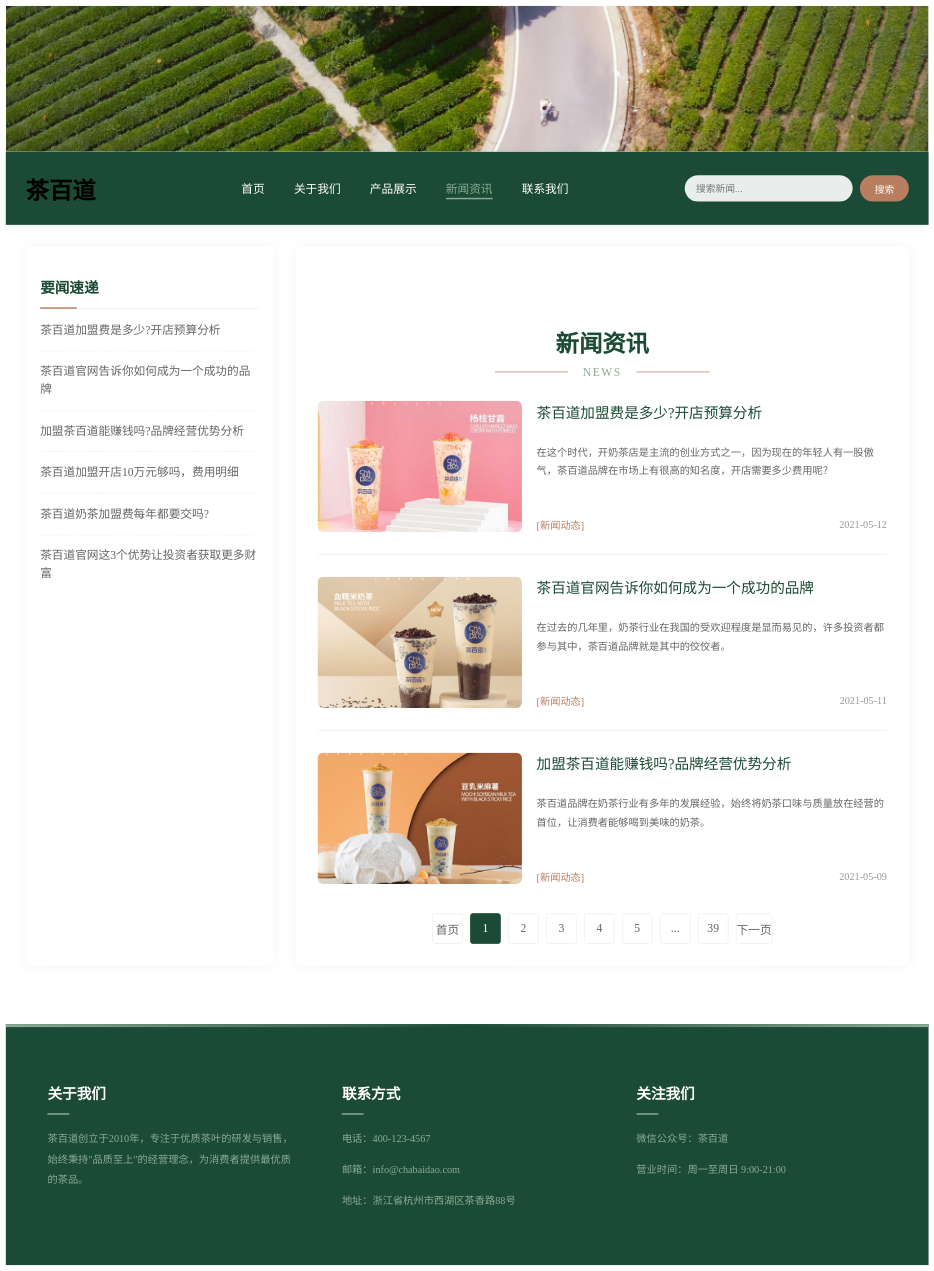
Repository: huang-heavenly-Emperor/chabaidao
Page: news.html
These files come from the project's save history. The page is drawn as it stood at one moment and after the next save; the edit follows.
The browser window is 1280 px wide. The pictures show the whole page, at 73% of full size.

Above is the page before, as saved 2024-12-13 17:27:11.

### news.html
<!DOCTYPE html>
<html lang="zh-CN">
<head>
    <meta charset="UTF-8">
    <meta name="viewport" content="width=device-width, initial-scale=1.0">
    <title>新闻资讯 - 茶百道</title>
    <link rel="stylesheet" href="./css/common.css">
    <link rel="stylesheet" href="./css/pages/news.css">
</head>
<body>
    <!-- 头部 -->
    <header class="header">
        <div class="top-banner">
            <img src="./images/common/header-bg.webp" alt="新闻资讯">
        </div>
        <div class="nav">
            <div class="nav-content">
                <div class="logo">
                    <h1>茶百道</h1>
                </div>
                <ul class="nav-list">
                    <li><a href="./index.html">首页</a></li>
                    <li><a href="./about.html">关于我们</a></li>
                    <li><a href="./products.html">产品展示</a></li>
                    <li><a href="./news.html" class="active">新闻资讯</a></li>
                    <li><a href="./contact.html">联系我们</a></li>
                </ul>
                <div class="search">
                    <input type="text" placeholder="搜索新闻...">
                    <button>搜索</button>
                </div>
            </div>
        </div>
    </header>

    <!-- 主要内容 -->
    <div class="main">
        <!-- 左侧边栏 -->
        <div class="news-sidebar">
            <h3 class="sidebar-title">要闻速递</h3>
            <ul class="news-quick-list">
                <li><a href="#">茶百道加盟费是多少?开店预算分析</a></li>
                <li><a href="#">茶百道官网告诉你如何成为一个成功的品牌</a></li>
                <li><a href="#">加盟茶百道能赚钱吗?品牌经营优势分析</a></li>
                <li><a href="#">茶百道加盟开店10万元够吗，费用明细</a></li>
                <li><a href="#">茶百道奶茶加盟费每年都要交吗?</a></li>
                <li><a href="#">茶百道官网这3个优势让投资者获取更多财富</a></li>
            </ul>
        </div>

        <!-- 右侧新闻列表 -->
        <div class="news-content">
            <div class="section-title">
                <h2>新闻资讯</h2>
                <div class="en-title">NEWS</div>
            </div>
            <div class="news-list">
                <!-- 新闻项 -->
                <div class="news-item">
                    <div class="news-image">
                        <img src="./images/news/news1.jpg" alt="茶百道加盟费">
                    </div>
                    <div class="news-info">
                        <a href="#" class="news-title">茶百道加盟费是多少?开店预算分析</a>
                        <p class="news-desc">在这个时代，开奶茶店是主流的创业方式之一，因为现在的年轻人有一股傲气，茶百道品牌在市场上有很高的知名度，开店需要多少费用呢？</p>
                        <div class="news-meta">
                            <span class="news-category">[新闻动态]</span>
                            <span class="news-date">2021-05-12</span>
                        </div>
                    </div>
                </div>

                <div class="news-item">
                    <div class="news-image">
                        <img src="./images/news/news2.jpg" alt="茶百道官网">
                    </div>
                    <div class="news-info">
                        <a href="#" class="news-title">茶百道官网告诉你如何成为一个成功的品牌</a>
                        <p class="news-desc">在过去的几年里，奶茶行业在我国的受欢迎程度是显而易见的，许多投资者都参与其中，茶百道品牌就是其中的佼佼者。</p>
                        <div class="news-meta">
                            <span class="news-category">[新闻动态]</span>
                            <span class="news-date">2021-05-11</span>
                        </div>
                    </div>
                </div>

                <div class="news-item">
                    <div class="news-image">
                        <img src="./images/news/news3.jpg" alt="加盟茶百道">
                    </div>
                    <div class="news-info">
                        <a href="#" class="news-title">加盟茶百道能赚钱吗?品牌经营优势分析</a>
                        <p class="news-desc">茶百道品牌在奶茶行业有多年的发展经验，始终将奶茶口味与质量放在经营的首位，让消费者能够喝到美味的奶茶。</p>
                        <div class="news-meta">
                            <span class="news-category">[新闻动态]</span>
                            <span class="news-date">2021-05-09</span>
                        </div>
                    </div>
                </div>
            </div>

            <!-- 分页 -->
            <div class="pagination">
                <a href="#" class="page-btn" data-page="1">首页</a>
                <span class="active" data-page="1">1</span>
                <a href="#" class="page-btn" data-page="2">2</a>
                <a href="#" class="page-btn" data-page="3">3</a>
                <a href="#" class="page-btn" data-page="4">4</a>
                <a href="#" class="page-btn" data-page="5">5</a>
                <span>...</span>
                <a href="#" class="page-btn" data-page="39">39</a>
                <a href="#" class="page-btn next" data-page="2">下一页</a>
            </div>
        </div>
    </div>

    <!-- 底部 -->
    <footer class="footer">
        <div class="footer-content">
            <div class="footer-section">
                <h3>关于我们</h3>
                <p>茶百道创立于2010年，专注于优质茶叶的研发与销售，始终秉持"品质至上"的经营理念，为消费者提供最优质的茶品。</p>
            </div>
            <div class="footer-section">
                <h3>联系方式</h3>
                <p>电话：400-123-4567</p>
                <p>邮箱：info@chabaidao.com</p>
                <p>地址：浙江省杭州市西湖区茶香路88号</p>
            </div>
            <div class="footer-section">
                <h3>关注我们</h3>
                <p>微信公众号：茶百道</p>
                <p>营业时间：周一至周日 9:00-21:00</p>
            </div>
        </div>
        <div class="back-top">↑</div>
    </footer>

    <script>
        // 返回顶部按钮
        const backTop = document.querySelector('.back-top');
        window.addEventListener('scroll', () => {
            if (window.scrollY > 300) {
                backTop.classList.add('show');
            } else {
                backTop.classList.remove('show');
            }
        });

        backTop.addEventListener('click', () => {
            window.scrollTo({
                top: 0,
                behavior: 'smooth'
            });
        });

        // 分页功能
        const pagination = document.querySelector('.pagination');
        let currentPage = 1;

        pagination.addEventListener('click', (e) => {
            e.preventDefault(); // 阻止默认行为

            const target = e.target;
            if (!target.classList.contains('page-btn')) return;

            const page = parseInt(target.dataset.page);
            if (page === currentPage) return;

            // 更新激活状态
            const activeBtn = pagination.querySelector('.active');
            activeBtn.classList.remove('active');

            if (target.classList.contains('next')) {
                // 如果点击的是"下一页"
                const newActiveBtn = pagination.querySelector(`[data-page="${page}"]`);
                if (newActiveBtn && !newActiveBtn.classList.contains('next')) {
                    newActiveBtn.classList.add('active');
                }
                // 更新"下一页"按钮的data-page
                target.dataset.page = page + 1;
                if (page + 1 > 39) {
                    target.classList.add('disabled');
                }
            } else {
                // 普通页码按钮
                target.classList.add('active');
                // 更新"下一页"按钮的data-page
                const nextBtn = pagination.querySelector('.next');
                nextBtn.dataset.page = page + 1;
                nextBtn.classList.remove('disabled');
            }

            currentPage = page;

            // 这里可以添加加载新页面内容的逻辑
            console.log(`加载第 ${page} 页的内容`);

            // 滚动到页面顶部
            window.scrollTo({
                top: 0,
                behavior: 'smooth'
            });
        });
    </script>
</body>
</html>

### css/common.css
/* 头部样式 */
.header {
    width: 100%;
}

.top-banner {
    width: 100%;
    height: 200px;
    overflow: hidden;
}

.top-banner img {
    width: 100%;
    height: 100%;
    object-fit: cover;
}

.nav {
    width: 100%;
    height: 100px;
    background: #1B4B36;
    position: sticky;
    top: 0;
    z-index: 100;
    box-shadow: 0 2px 10px rgba(27, 75, 54, 0.1);
}

.nav-content {
    width: 1210px;
    margin: 0 auto;
    display: flex;
    justify-content: space-between;
    align-items: center;
    height: 100%;
}

.nav-list {
    display: flex;
    list-style: none;
}

.nav-list li a {
    color: #fff;
    text-decoration: none;
    padding: 0 20px;
    font-size: 16px;
    transition: all 0.3s;
    position: relative;
}

.nav-list li a:hover,
.nav-list li a.active {
    color: #8CAB96;
}

.nav-list li a:after {
    content: '';
    position: absolute;
    bottom: -5px;
    left: 50%;
    transform: translateX(-50%);
    width: 0;
    height: 2px;
    background: #8CAB96;
    transition: width 0.3s;
}

.nav-list li a:hover:after,
.nav-list li a.active:after {
    width: calc(100% - 40px);
}

.nav-list li a.active {
    font-weight: 500;
}

.search {
    display: flex;
    align-items: center;
}

.search input {
    width: 200px;
    height: 36px;
    padding: 0 15px;
    border: none;
    border-radius: 18px;
    outline: none;
    background: rgba(255, 255, 255, 0.9);
}

.search button {
    height: 36px;
    padding: 0 20px;
    margin-left: 10px;
    border: none;
    border-radius: 18px;
    background: #B87E5F;
    color: #fff;
    cursor: pointer;
    transition: background 0.3s;
}

.search button:hover {
    background: #9a6547;
}

/* 底部样式 */
.footer {
    background: #1B4B36;
    padding: 60px 0;
    margin-top: 50px;
    position: relative;
}

.footer:before {
    content: '';
    position: absolute;
    top: 0;
    left: 0;
    width: 100%;
    height: 4px;
    background: linear-gradient(90deg, #8CAB96, #1B4B36, #8CAB96);
}

.footer-content {
    width: 1210px;
    margin: 0 auto;
    display: flex;
    justify-content: space-between;
}

.footer-section {
    flex: 1;
    padding: 0 30px;
}

.footer-section h3 {
    color: #fff;
    font-size: 20px;
    margin-bottom: 20px;
    position: relative;
    padding-bottom: 15px;
}

.footer-section h3:after {
    content: '';
    position: absolute;
    bottom: 0;
    left: 0;
    width: 30px;
    height: 2px;
    background: #8CAB96;
    transition: width 0.3s;
}

.footer-section:hover h3:after {
    width: 50px;
}

.footer-section p {
    color: #8CAB96;
    line-height: 2;
    font-size: 14px;
}

/* 返回顶部按钮 */
.back-top {
    position: fixed;
    right: 40px;
    bottom: 40px;
    width: 50px;
    height: 50px;
    background: #1B4B36;
    color: #fff;
    text-align: center;
    line-height: 50px;
    border-radius: 50%;
    cursor: pointer;
    transition: all 0.3s;
    opacity: 0;
    visibility: hidden;
    z-index: 999;
    font-size: 20px;
    box-shadow: 0 2px 10px rgba(0,0,0,0.1);
}

.back-top:hover {
    background: #2C634C;
    transform: translateY(-5px);
}

.back-top.show {
    opacity: 1;
    visibility: visible;
}

### css/pages/news.css
/* 通用标题样式 */
.section-title {
  text-align: center;
  padding: 50px 0 30px;
  position: relative;
  display: flex;
  align-items: center;
  justify-content: center;
  flex-direction: column;
}

.section-title h2 {
  font-size: 32px;
  color: #1b4b36;
  margin-bottom: 10px;
  font-weight: bold;
}

.section-title .en-title {
  color: #8cab96;
  font-size: 16px;
  letter-spacing: 2px;
  text-transform: uppercase;
  position: relative;
  display: flex;
  align-items: center;
  padding: 0 20px;
}

.section-title .en-title:before,
.section-title .en-title:after {
  content: "";
  height: 1px;
  width: 100px;
  background: #b87e5f;
  margin: 0 20px;
}

/* 主要内容区域 */
.main {
  width: 1210px;
  margin: 0 auto;
  padding: 30px 0;
  display: flex;
  gap: 30px;
}

/* 左侧边栏 */
.news-sidebar {
  width: 300px;
  background: #fff;
  border-radius: 8px;
  padding: 20px;
  box-shadow: 0 0 20px rgba(0, 0, 0, 0.05);
}

.sidebar-title {
  font-size: 20px;
  color: #1b4b36;
  padding-bottom: 15px;
  margin-bottom: 15px;
  border-bottom: 1px solid #eee;
  position: relative;
}

.sidebar-title:after {
  content: "";
  position: absolute;
  left: 0;
  bottom: -1px;
  width: 50px;
  height: 2px;
  background: #b87e5f;
}

.news-quick-list {
  list-style: none;
  padding: 0;
}

.news-quick-list li {
  margin-bottom: 15px;
  padding-bottom: 15px;
  border-bottom: 1px dashed #eee;
}

.news-quick-list li:last-child {
  margin-bottom: 0;
  padding-bottom: 0;
  border-bottom: none;
}

.news-quick-list a {
  color: #666;
  text-decoration: none;
  line-height: 1.6;
  display: block;
  transition: color 0.3s;
}

.news-quick-list a:hover {
  color: #b87e5f;
}

/* 右侧新闻列表 */
.news-content {
  flex: 1;
  background: #fff;
  border-radius: 8px;
  padding: 30px;
  box-shadow: 0 0 20px rgba(0, 0, 0, 0.05);
}

.news-list {
  display: flex;
  flex-direction: column;
  gap: 30px;
}

.news-item {
  display: flex;
  gap: 20px;
  padding-bottom: 30px;
  border-bottom: 1px solid #eee;
}

.news-item:last-child {
  padding-bottom: 0;
  border-bottom: none;
}

.news-image {
  width: 280px;
  height: 180px;
  overflow: hidden;
  border-radius: 8px;
}

.news-image img {
  width: 100%;
  height: 100%;
  object-fit: cover;
  transition: transform 0.3s;
}

.news-item:hover .news-image img {
  transform: scale(1.05);
}

.news-info {
  flex: 1;
  display: flex;
  flex-direction: column;
}

.news-title {
  font-size: 20px;
  color: #1b4b36;
  margin-bottom: 15px;
  text-decoration: none;
  transition: color 0.3s;
}

.news-title:hover {
  color: #b87e5f;
}

.news-desc {
  font-size: 14px;
  color: #666;
  line-height: 1.8;
  margin-bottom: 20px;
  flex: 1;
}

.news-meta {
  display: flex;
  justify-content: space-between;
  align-items: center;
  color: #999;
  font-size: 14px;
}

.news-category {
  color: #b87e5f;
}

/* 分页 */
.pagination {
  margin-top: 40px;
  display: flex;
  justify-content: center;
  gap: 10px;
}

.pagination a,
.pagination span {
  min-width: 40px;
  height: 40px;
  display: flex;
  align-items: center;
  justify-content: center;
  background: #fff;
  border: 1px solid #eee;
  border-radius: 4px;
  color: #666;
  text-decoration: none;
  transition: all 0.3s;
}

.pagination a:hover,
.pagination .active {
  background: #1b4b36;
  color: #fff;
  border-color: #1b4b36;
}

.pagination .disabled {
  cursor: not-allowed;
  opacity: 0.5;
}

After the next save:
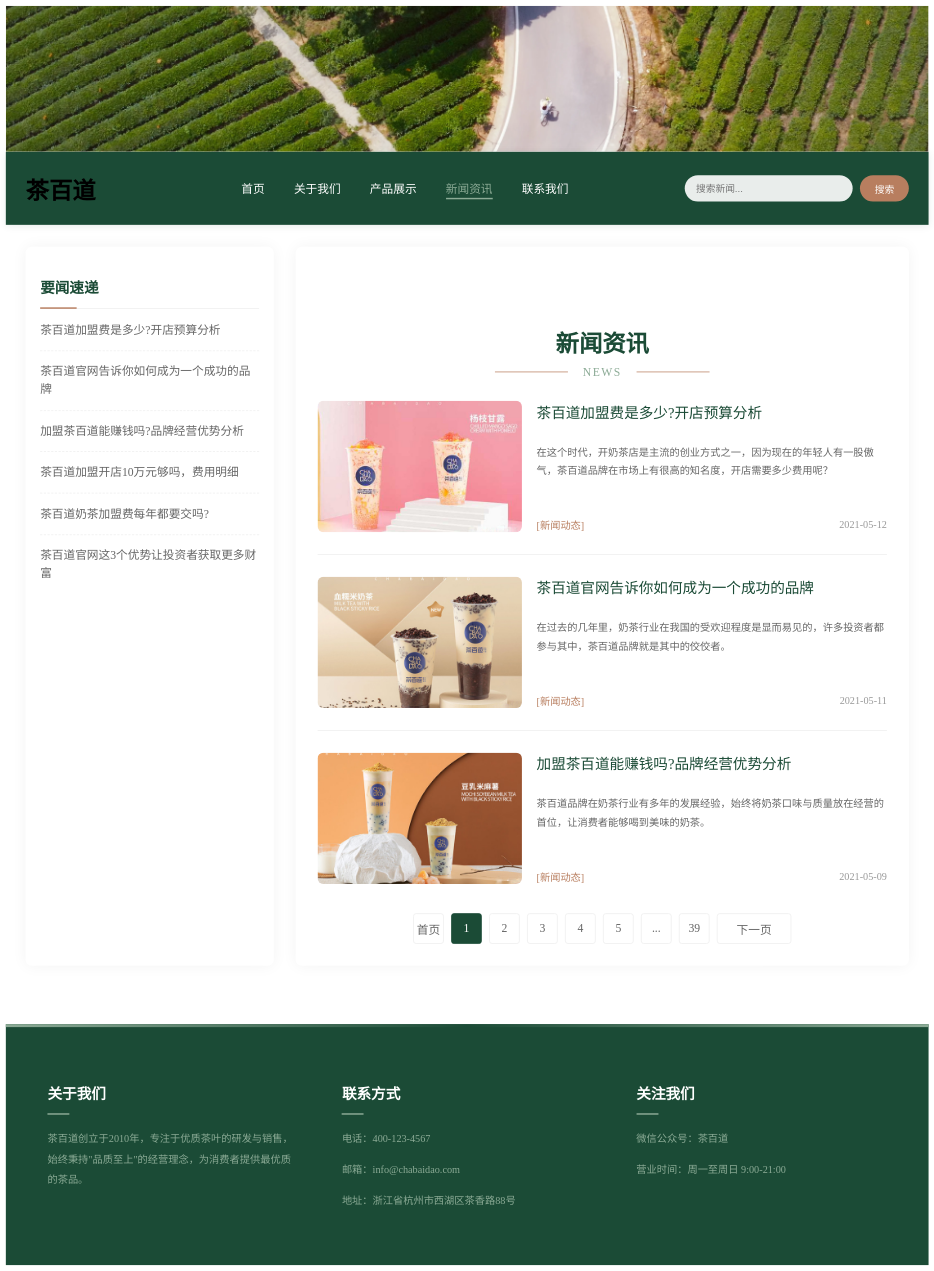
Saved 11 s later.
--- a/css/pages/news.css
+++ b/css/pages/news.css
@@ -206,16 +206,28 @@
   color: #666;
   text-decoration: none;
   transition: all 0.3s;
-}
-
-.pagination a:hover,
+  cursor: pointer;
+}
+
+.pagination a:hover:not(.disabled),
 .pagination .active {
-  background: #1b4b36;
+  background: #1B4B36;
   color: #fff;
-  border-color: #1b4b36;
+  border-color: #1B4B36;
 }
 
 .pagination .disabled {
   cursor: not-allowed;
   opacity: 0.5;
-}
+  pointer-events: none;
+}
+
+.pagination .next {
+  padding: 0 15px;
+  min-width: 70px;
+}
+
+.pagination span:not(.active) {
+  cursor: default;
+  pointer-events: none;
+}
